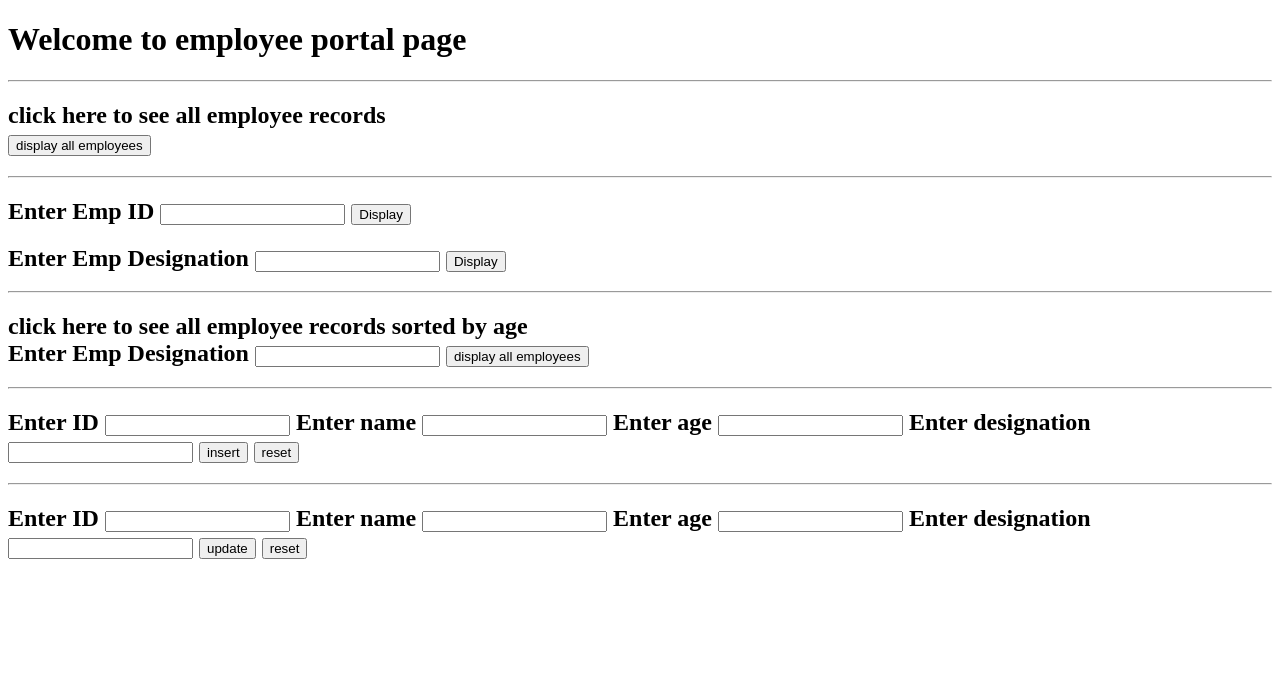
Repository: sushmasetti/Angular1
Page: http://localhost/dbDemo/welcome.jsp
An editor plug-in stored every save of this project. The page is shown before and after the next save, followed by the edit.
The browser window is 1280 px wide. The pictures show the whole page.
The page is served by Tomcat 9.

Above is the page before, as saved 2019-08-17 19:30:40.

After the next save:
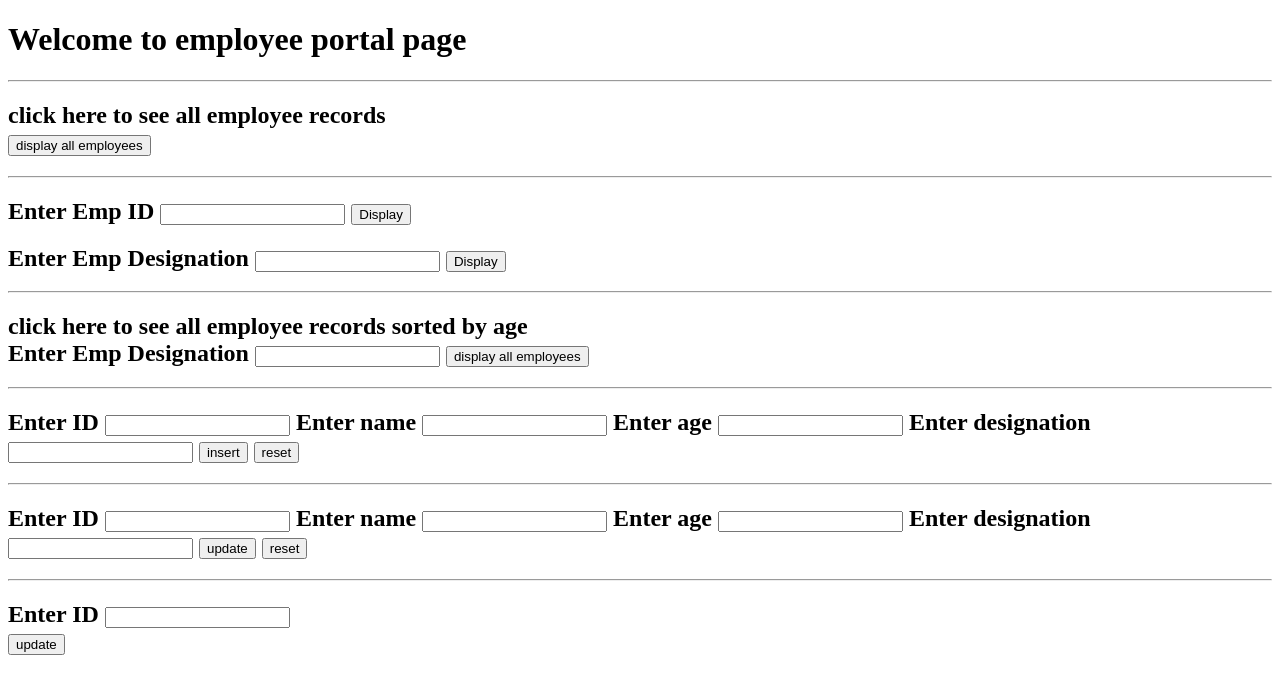
Saved 75 s later.
--- a/Spring/dbDemo/src/main/webapp/welcome.jsp
+++ b/Spring/dbDemo/src/main/webapp/welcome.jsp
@@ -63,5 +63,13 @@ Enter designation <input type="text" name="designation">
 <input type="reset" name="reset" value="reset">
 </h2>
 </form>
+
+<hr>
+<form action="updateEmp" method="post">
+<h2>
+Enter ID <input type="text" name="eid"><br>
+<input type="submit" name="submit" value="update">
+</h2>
+</form>
 </body>
 </html>
